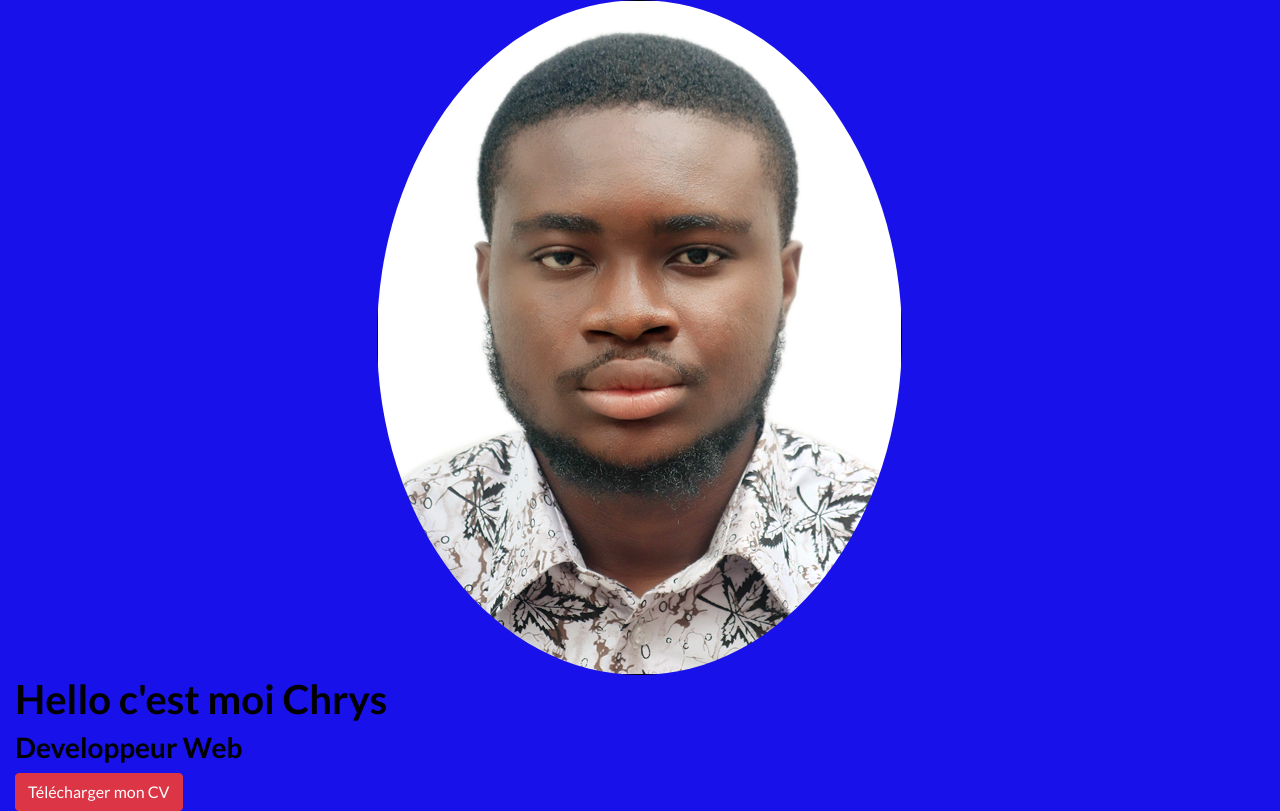
Repository: CHRYSOVR/CV_en_ligne_Interactif
Page: index.html
The author's editor kept a copy of each file at every save. The page is drawn from the files as they stood at one save, then again after the next save.
The browser window is 1280 px wide. The pictures show the whole page.

Above is the page before, as saved 2025-07-07 15:16:52.
Console error: TypeError: Cannot read properties of undefined (reading 'fn')

After the next save:
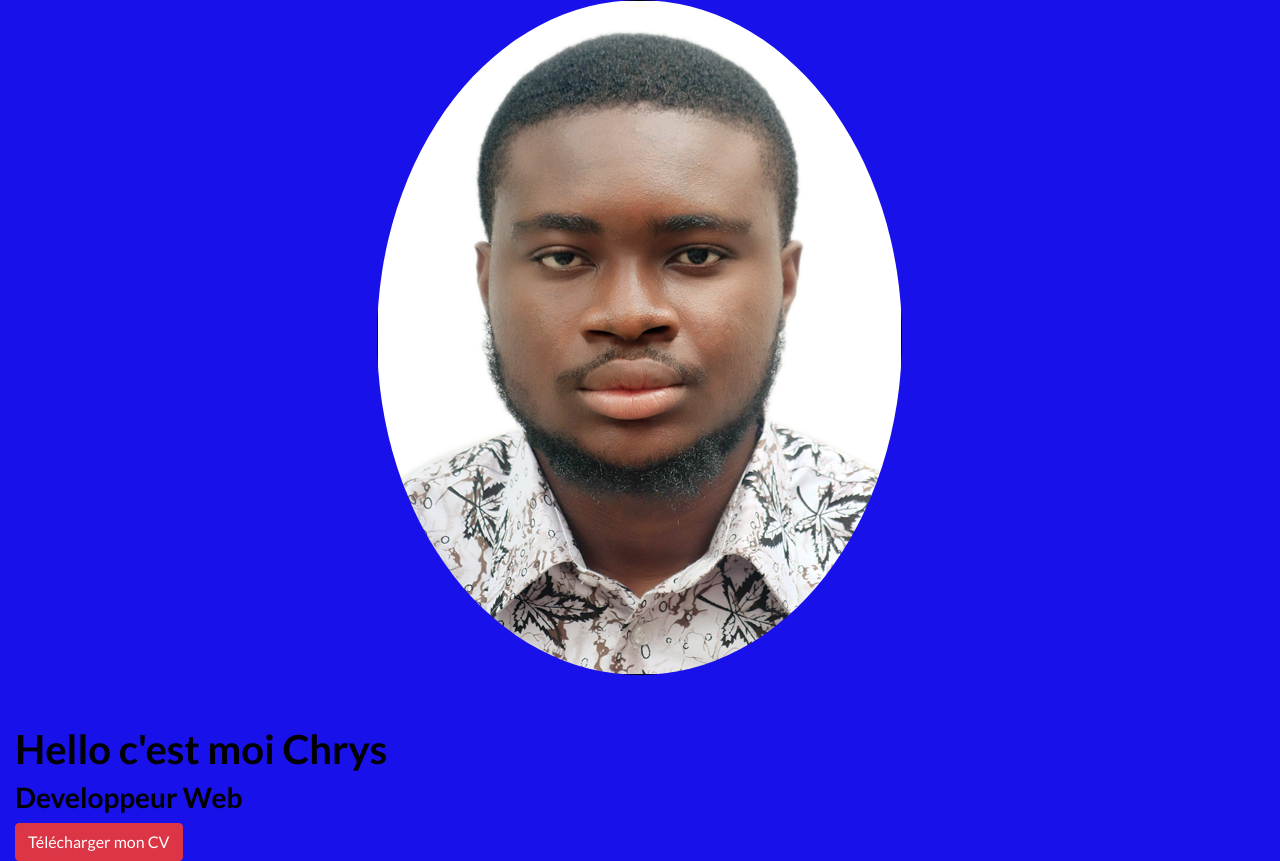
Saved 13 s later.
--- a/css/style.css
+++ b/css/style.css
@@ -15,6 +15,6 @@ h1,h2,h3,h4,h5,h6{
 }
 .profile-picture{
     text-align: center;
-    margin: 0 auto ;
+    margin: 0 auto 50px auto;
 
 }
